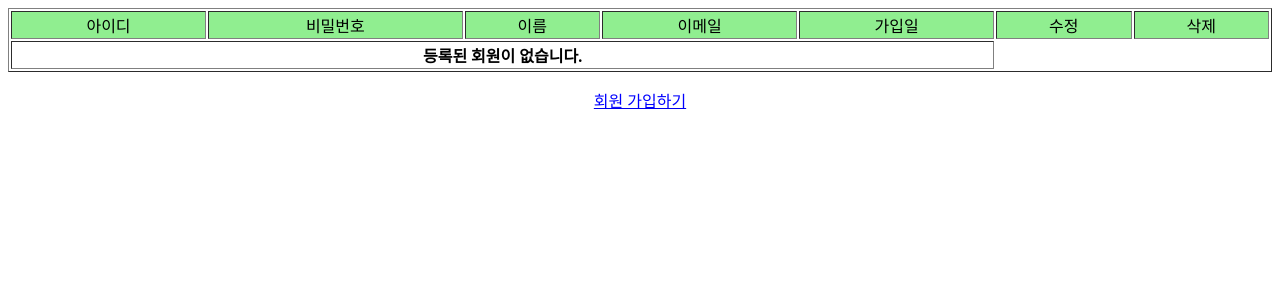
Repository: khkhkhh/JAVA
Page: http://localhost/pro17/test03/listMembers.jsp
These files come from the project's save history. The page is drawn as it stood at one moment and after the next save; the edit follows.
The browser window is 1280 px wide. The pictures show the whole page.
The page is served by Tomcat 9. Other server files are loaded and not shown.

Above is the page before, as saved 2022-08-08 02:11:00.

### pro17/src/main/webapp/test03/listMembers.jsp
<%@ page language="java" contentType="text/html; charset=UTF-8"
	pageEncoding="UTF-8" import="java.util.*, sec03.ex01.*"
	isELIgnored="false"%>
<%@ taglib prefix="fmt" uri="http://java.sun.com/jsp/jstl/fmt"%>
<%@ taglib prefix="c" uri="http://java.sun.com/jsp/jstl/core"%>
<c:set var="contextPath" value="${pageContext.request.contextPath}" />
<%
request.setCharacterEncoding("UTF-8");
%>
<!DOCTYPE html>
<html>
<head>
<c:choose>
<c:when test='${msg=="addMember"}'>
		<script>
			window.onload = function() {
				alert("회원을 등록했습니다.");
			}
		</script>
	</c:when>
	<c:when test='${msg=="modified" }'>
		<script>
			window.onload = function() {
				alert("회원 정보를 수정했습니다.");
			}
		</script>
	</c:when>
	<c:when test='${msg=="deleted" }'>
		<script>
			window.onload = function() {
				alert("회원 정보를 삭제했습니다.");
			}
		</script>
	</c:when>
</c:choose>
<meta charset="UTF-8">
<title>회원 정보 출력창</title>
<style>
* {
	text-align: center;
}

.cls1 {
	font-size: 40px;
	text-align: center;
}

.cls2 {
	color: blue;
}
</style>

</head>
<body>
	<table align="center" width="100%" border="1">
		<tr align="center" bgcolor="lightgreen">
			<td>${'아이디' }</td>
			<td>${'비밀번호'}</td>
			<td>${'이름' }</td>
			<td>${'이메일' }</td>
			<td>${'가입일' }</td>
			<td>${'수정' }</td>
			<td>${'삭제' }</td>
		</tr>
		<c:choose>
			<c:when test="${membersList==null}">
				<tr>
					<td colspan=5><b>등록된 회원이 없습니다.</b></td>
				</tr>
			</c:when>
			<c:when test="${membersList !=null}">
				<c:forEach var="mem" items="${membersList}">
					<tr align="center">
						<td>${mem.id}</td>
						<td>${mem.pwd}</td>
						<td>${mem.name}</td>
						<td>${mem.email}</td>
						<td>${mem.joinDate}</td>
						<td><a href="${contextPath}/member/modMemberForm.do?id=${mem.id }">수정</a></td>
						<td><a href="${contextPath}/member/delMember.do?id=${mem.id }">삭제</a></td>

					</tr>
				</c:forEach>
			</c:when>
		</c:choose>
	</table>
	<a href="${contextPath }/member/memberForm.do">
		<p class="cls2">회원 가입하기</p>
	</a>
</body>
</html>

After the next save:
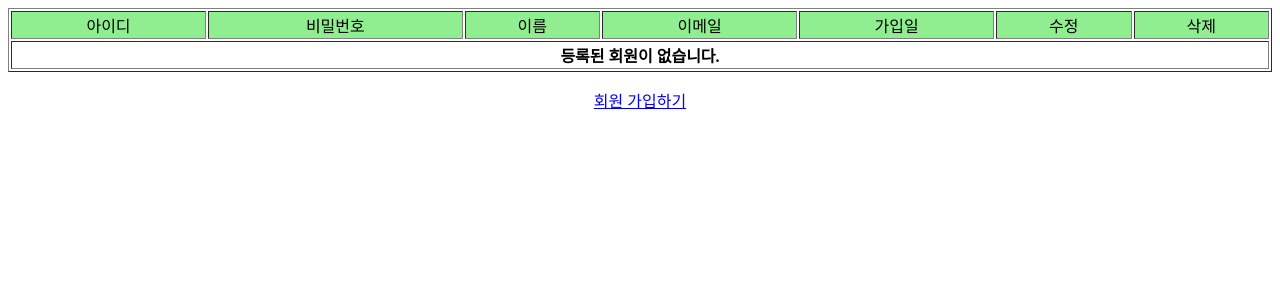
Saved 7 s later.
--- a/pro17/src/main/webapp/test03/listMembers.jsp
+++ b/pro17/src/main/webapp/test03/listMembers.jsp
@@ -65,7 +65,7 @@ request.setCharacterEncoding("UTF-8");
 		<c:choose>
 			<c:when test="${membersList==null}">
 				<tr>
-					<td colspan=5><b>등록된 회원이 없습니다.</b></td>
+					<td colspan=7><b>등록된 회원이 없습니다.</b></td>
 				</tr>
 			</c:when>
 			<c:when test="${membersList !=null}">
